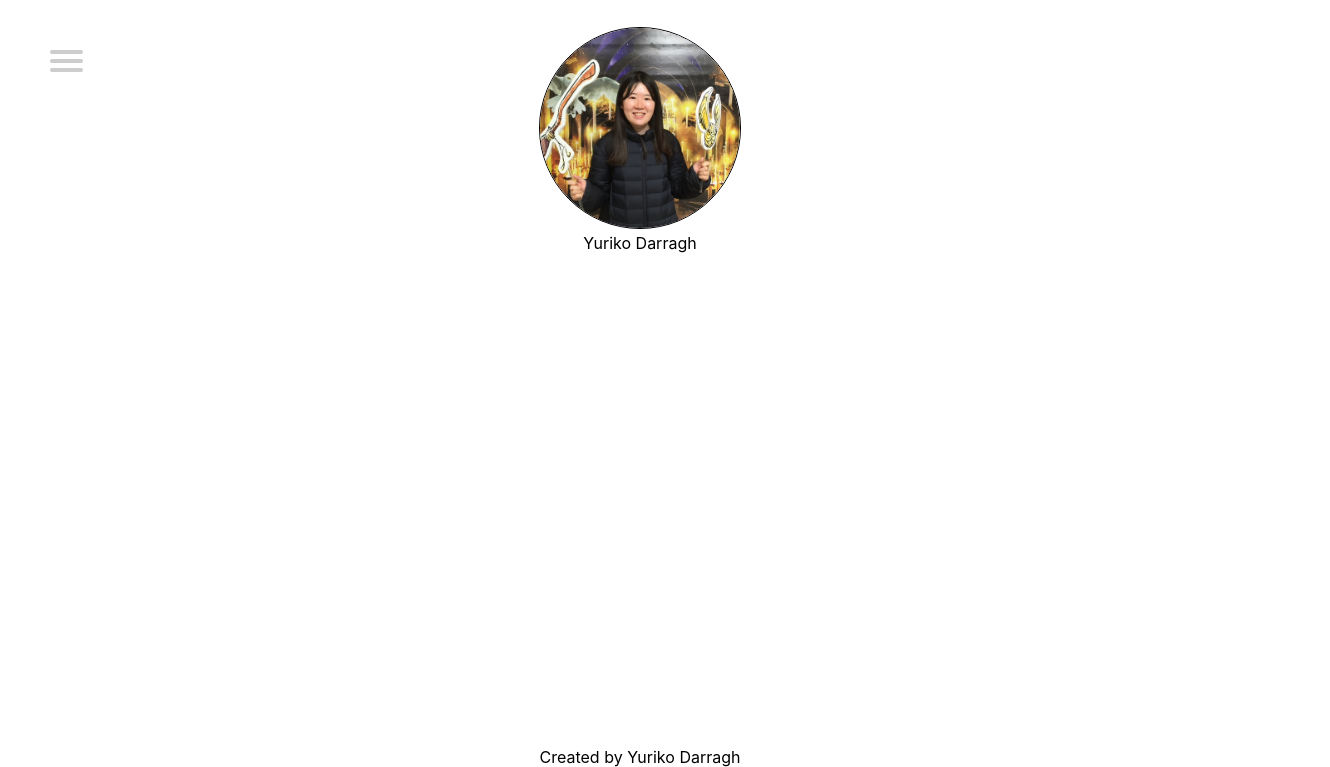
Repository: yuriko-pixel/react-portfolio
Page: /about
These files come from the project's save history. The page is drawn as it stood at one moment and after the next save; the edit follows.
The browser window is 1280 px wide. The page is 1330 px wide, so the pictures cover 1330 px, including what lies to the right of the window. The pictures show the whole page.
The project was rebuilt for these pictures with package versions that can differ from the ones it lists, and the page was loaded fresh each time. Also part of the build but not shown: src/components/worktemp.js, src/styles/top.module.scss, src/components/links.js, src/components/top.js, src/styles/works.module.scss, src/components/works.js, src/components/home.js.

Above is the page before, as saved 2021-05-19 12:32:53.

### src/App.js
import logo from './logo.svg';
import './App.css';
import { BrowserRouter, Route, Link } from 'react-router-dom';
import WorkTemp from './components/worktemp'
import about from './components/about'
import home from './components/home'
import Nav from './components/nav'
import Footer from './components/footer'
import works from './components/works'

function App() {
  return (
    <div className="App">
      <BrowserRouter>
        <Nav />
        <Route exact path='/' component={home}></Route>
        <Route path='/about' component={about}></Route>
        <Route path='/works' component={works}></Route>
        <Route path='/work/:name'><WorkTemp /></Route>
        <Footer/>
      </BrowserRouter>
    </div>
  );
}

export default App;

### src/components/about.js

import Nav from './nav'
import profs from '../styles/about.module.scss'
import img from '../images/profile.JPG'

const About = () => {
    return (
        <div className={profs.container}>
            <img src={img} className={profs.profimg} />
            <div>
                Yuriko Darragh
            </div>
        </div>
    )
}

export default About

### src/components/nav.js
import navs from '../styles/nav.module.scss'
import { Link } from 'react-router-dom';

const Nav = () => {
    return (
        <nav role="navigation">
        <div className={navs.menuToggle}>
          <input type="checkbox" />
          <span></span>
          <span></span>
          <span></span>
          <ul className={navs.menu}>
            <Link to="/"><li>Home</li></Link>
            <Link to="/about"><li>About</li></Link>
            <Link to="/works"><li>Works</li></Link>
            <Link to="/contact"><li>Contact</li></Link>
          </ul>
        </div>
      </nav>
    )
}

export default Nav

### src/components/footer.js
import foots from '../styles/footer.module.scss'

const Footer = ()=> {
    return (
        <footer>
            <span>Created by Yuriko Darragh</span>
        </footer>
    )
}

export default Footer;

### src/styles/about.module.scss

.container {
   height: 100vh;
}
.profimg {
    width:200px;
	height:200px;
	object-fit:cover;
	border-radius:50%;
    border: 1px solid black;
}

### src/styles/nav.module.scss
* {
  list-style: none;
}

.menuToggle
{
  display: block;
  position: relative;
  top: 50px;
  left: 50px;

  z-index: 1;

  -webkit-user-select: none;
  user-select: none;
}

.menuToggle a
{
  text-decoration: none;
  color: .232323;

  transition: color 0.3s ease;
}

.menuToggle a:hover
{
  color: tomato;
}


.menuToggle input
{
  display: block;
  width: 40px;
  height: 32px;
  position: absolute;
  top: -7px;
  left: -5px;

  cursor: pointer;

  opacity: 0; /* hide this */
  z-index: 2; /* and place it over the hamburger */

  -webkit-touch-callout: none;
}

/*
 * Just a quick hamburger
 */
.menuToggle span
{
  display: block;
  width: 33px;
  height: 4px;
  margin-bottom: 5px;
  position: relative;

  background: #cdcdcd;
  border-radius: 3px;

  z-index: 1;

  transform-origin: 4px 0px;

  transition: transform 0.5s cubic-bezier(0.77,0.2,0.05,1.0),
              background 0.5s cubic-bezier(0.77,0.2,0.05,1.0),
              opacity 0.55s ease;
}

.menuToggle span:first-child
{
  transform-origin: 0% 0%;
}

.menuToggle span:nth-last-child(2)
{
  transform-origin: 0% 100%;
}

/*
 * Transform all the slices of hamburger
 * into a crossmark.
 */
.menuToggle input:checked ~ span
{
  opacity: 1;
  transform: rotate(45deg) translate(-2px, -1px);
  background: #232323;
}

/*
 * But let's hide the middle one.
 */
.menuToggle input:checked ~ span:nth-last-child(3)
{
  opacity: 0;
  transform: rotate(0deg) scale(0.2, 0.2);
}

/*
 * Ohyeah and the last one should go the other direction
 */
.menuToggle input:checked ~ span:nth-last-child(2)
{
  transform: rotate(-45deg) translate(0, -1px);
}

/*
 * Make this absolute positioned
 * at the top left of the screen
 */
.menu
{
  position: absolute;
  width: 300px;
  margin: -100px 0 0 -50px;
  padding: 50px;
  padding-top: 125px;

  background: #ededed;
  list-style-type: none;
  -webkit-font-smoothing: antialiased;
  /* to stop flickering of text in safari */

  transform-origin: 0% 0%;
  transform: translate(-100%, 0);

  transition: transform 0.5s cubic-bezier(0.77,0.2,0.05,1.0);
}

.menu li
{
  padding: 10px 0;
  font-size: 22px;
}

/*
 * And let's slide it in from the left
 */
.menuToggle input:checked ~ ul
{
  transform: none;
}

### src/styles/footer.module.scss
footer {
    margin-top: auto;
}

### src/styles/links.module.scss


a, a:visited {
    text-decoration: none;
    color: black;
}

.linkcontainer {
    margin: 20px 0;
}
.linkcontainer1, .linkcontainer2, .linkcontainer3 {
    // width: 200px;
    padding: 10px 15px;
    background: #EEF1F2;
    border: 1px solid #D1D8DA;
}

.linkcontainer1 {
    border-radius: 50% 0 0 50%;
}

.linkcontainer3 {
    border-radius: 0 50% 50% 0;
}

.border {
    border-bottom: dashed;
}

Loaded but not shown: public/index.html (common file); src/index.js (common file); src/index.css (common file); src/reportWebVitals.js (common file); src/App.css (common file)

After the next save:
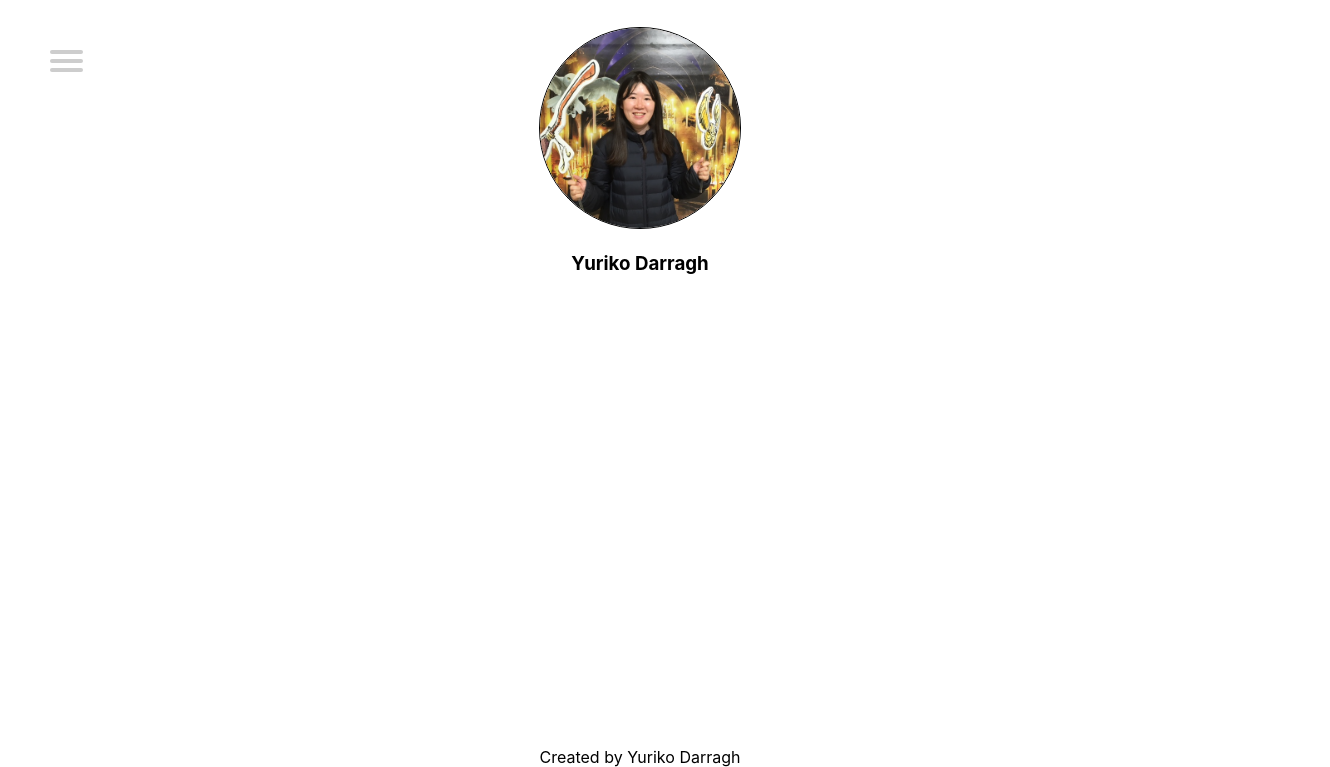
Saved 12 s later.
--- a/src/components/about.js
+++ b/src/components/about.js
@@ -7,9 +7,9 @@ const About = () => {
     return (
         <div className={profs.container}>
             <img src={img} className={profs.profimg} />
-            <div>
+            <h3>
                 Yuriko Darragh
-            </div>
+            </h3>
         </div>
     )
 }
